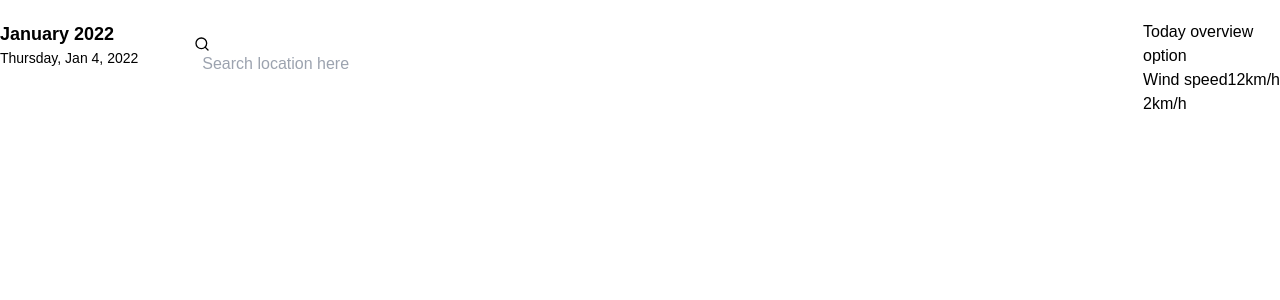
Repository: theweirdboiz/datawarehouse-ui
Page: /
The author's editor kept a copy of each file at every save. The page is drawn from the files as they stood at one save, then again after the next save.
The browser window is 1280 px wide. The pictures show the whole page.
The project was rebuilt for these pictures with package versions that can differ from the ones it lists, and the page was loaded fresh each time. Also part of the build but not shown: vite.config.js.

Above is the page before, as saved 2022-11-23 15:54:00.

After the next save:
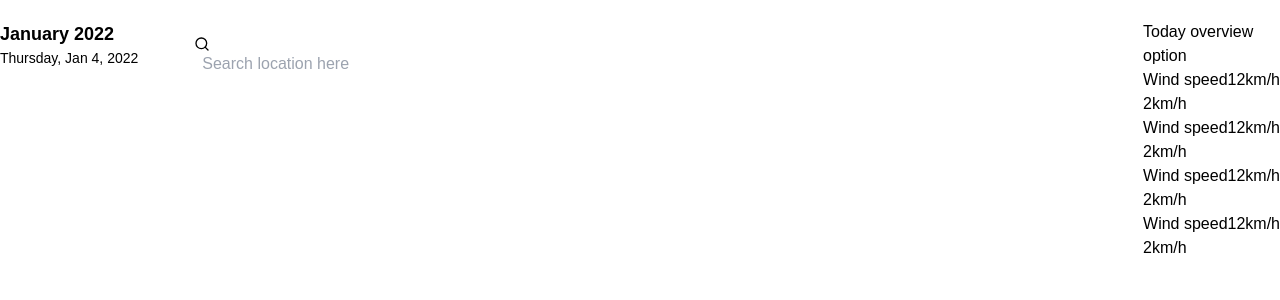
Saved 27 s later.
--- a/src/App.jsx
+++ b/src/App.jsx
@@ -31,6 +31,30 @@ function App() {
                     </div>
                     <span>2km/h</span>
                   </div>
+                  <div className="content__detail-item">
+                    <i></i>
+                    <div className="speed">
+                      Wind speed
+                      <span>12km/h</span>
+                    </div>
+                    <span>2km/h</span>
+                  </div>
+                  <div className="content__detail-item">
+                    <i></i>
+                    <div className="speed">
+                      Wind speed
+                      <span>12km/h</span>
+                    </div>
+                    <span>2km/h</span>
+                  </div>
+                  <div className="content__detail-item">
+                    <i></i>
+                    <div className="speed">
+                      Wind speed
+                      <span>12km/h</span>
+                    </div>
+                    <span>2km/h</span>
+                  </div>
                 </div>
               </div>
             </div>
